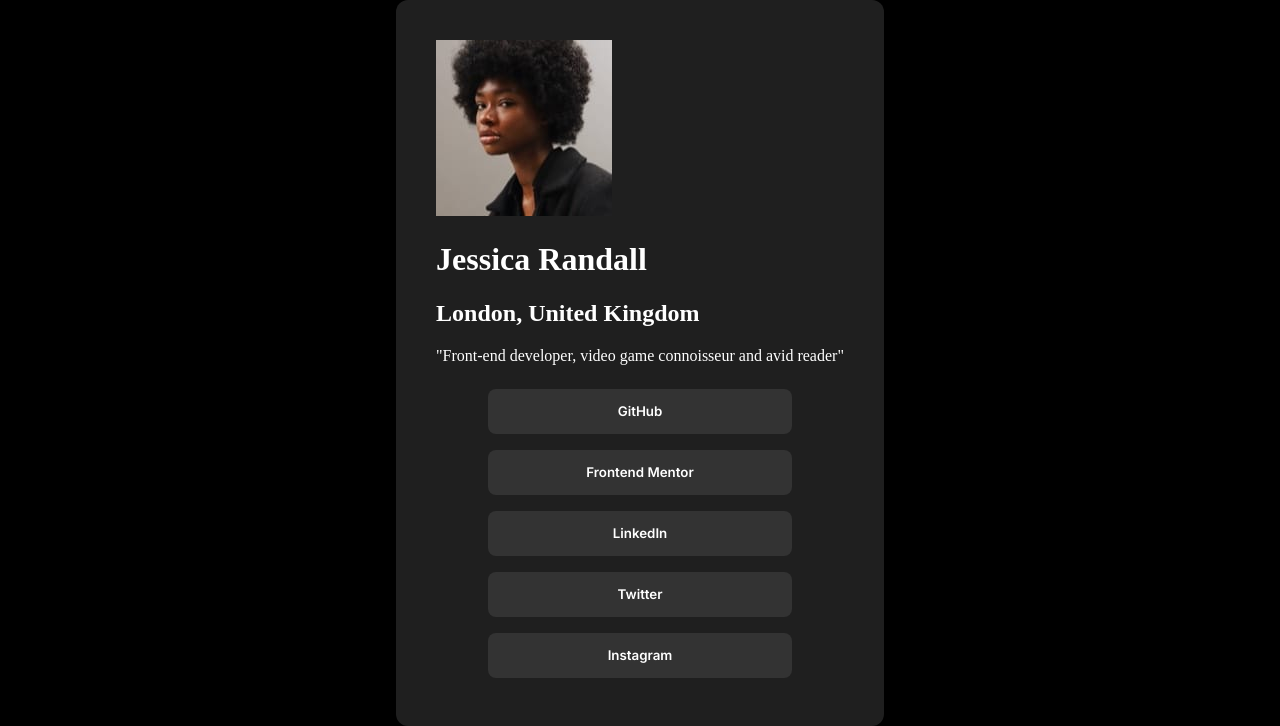
Repository: brandontaylor1/social-links-profile
Page: index.html
An editor plug-in stored every save of this project. The page is shown before and after a run of saves, followed by the edit.
The browser window is 1280 px wide. The pictures show the whole page.
The pointer rests on the first visible `.social-link-button`.

Above is the page before, as saved 2024-12-25 17:09:02.

### index.html
<!DOCTYPE html>
<html lang="en">
<head>
    <meta charset="UTF-8">
    <meta name="viewport" content="width=device-width, initial-scale=1.0">
    <link rel="preconnect" href="https://fonts.googleapis.com">
    <link rel="preconnect" href="https://fonts.gstatic.com" crossorigin>
    <link href="https://fonts.googleapis.com/css2?family=Inter:ital,opsz,wght@0,14..32,100..900;1,14..32,100..900&display=swap" rel="stylesheet">
    <link rel="stylesheet" href="styles.css">
    <title>Social Links Profile</title>
</head>
<body>
    <main class="container">
        <div class="profile-content">
            <div class="img-container">
                <img src="./images/avatar-jessica.jpeg" alt="profile-pic">
            </div>
            <div class="profile-text">
                <h1>Jessica Randall</h1>
                <h2>London, United Kingdom</h2>
            </div>
            <p>"Front-end developer, video game connoisseur and avid reader"</p>
        </div>
        <div class="social-link-button-container">
            <button class="social-link-button"><a href="#">GitHub</a></button>
            <button class="social-link-button"><a href="#">Frontend Mentor</a></button>
            <button class="social-link-button"><a href="#">LinkedIn</a></button>
            <button class="social-link-button"><a href="#">Twitter</a></button>
            <button class="social-link-button"><a href="#">Instagram</a></button>
        </div>
    </main>

    <script src="index.js"></script>
</body>
</html>

### styles.css
:root {
    --gray-900: #141414;
    --gray-800: #1F1F1F;
    --gray-700: #333333;

    --color-white: #FFFFFF;
    --color-black: #000000;

    --color-green: #C4F82A;

}

body {
    box-sizing: border-box;
    margin: 0;
    padding: 0;
    background-color: black;
    display: flex;
    justify-content: center;
    align-items: center;
    background-color: var(--color-black);
}

.container {
    background-color: var(--gray-800);
    color: var(--color-white);
    display: flex;
    flex-direction: column;
    justify-content: center;
    align-items: center;
    border-radius: 12px;
    padding: 40px;
}


.social-link-button-container {
    display: flex;
    flex-direction: column;
    justify-content: center;
    align-items: center;

}

.social-link-button {
    width: 304px;
    height: 45px;
    background-color: var(--gray-700);
    border: none;
    border-radius: 8px;
    margin: 8px;
    font-family: "Inter", sans-serif;
    font-weight: 600;
}

a {
    text-decoration: none;
    color: var(--color-white);
}

Loaded but not shown: index.js (no stored copy; drawn as an empty file)

After the next 2 saves:
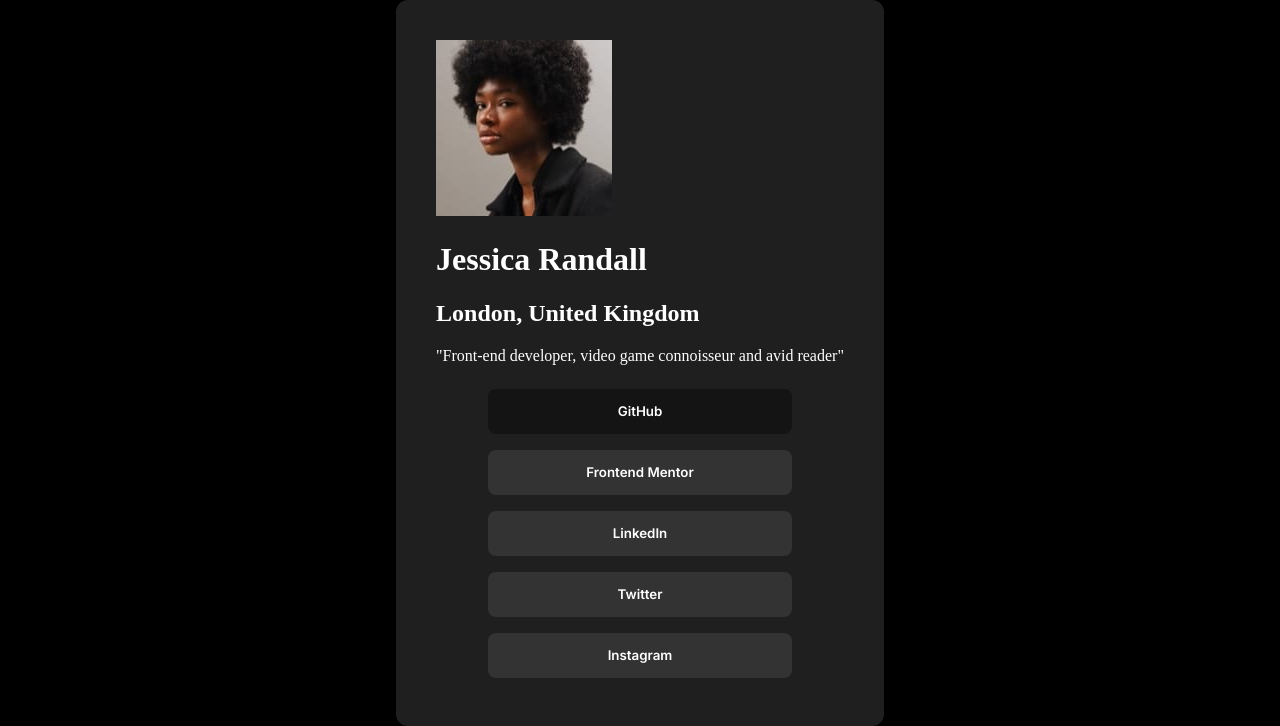
The 2 saves are shown as one change because they came seconds apart.
The last was saved 13 s later.
--- a/styles.css
+++ b/styles.css
@@ -52,6 +52,10 @@ body {
     font-weight: 600;
 }
 
+.social-link-button:hover {
+    background-color: var(--gray-900);
+}
+
 a {
     text-decoration: none;
     color: var(--color-white);
